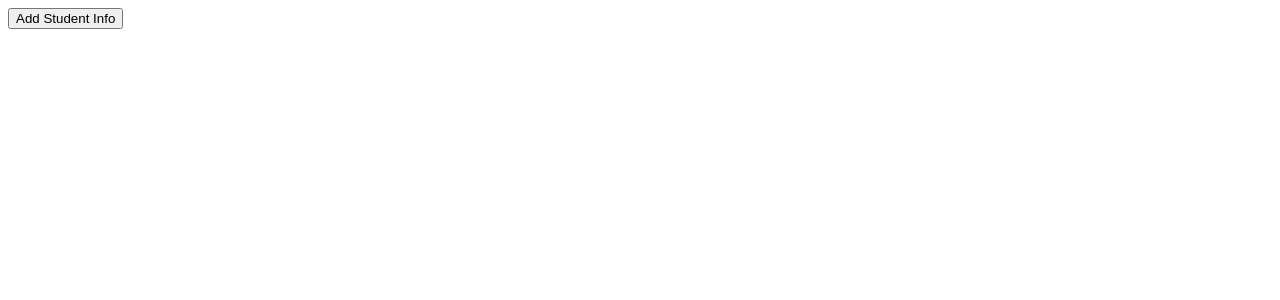
Repository: jks2127/SMS-webApp
Page: sms 1.2/WebContent/Options.html
An editor plug-in stored every save of this project. The page is shown before and after the next save, followed by the edit.
The browser window is 1280 px wide. The pictures show the whole page.

Above is the page before, as saved 2021-06-12 10:45:24.

### sms 1.2/WebContent/Options.html
<!DOCTYPE html>
<html>
<head>
<meta charset="ISO-8859-1">
<title>Insert title here</title>
</head>
<body>
	<form action="">
		<table>
			<tr><button>Add Student Info</button> </tr>

		</table>
	</form>
</body>
</html>

After the next save:
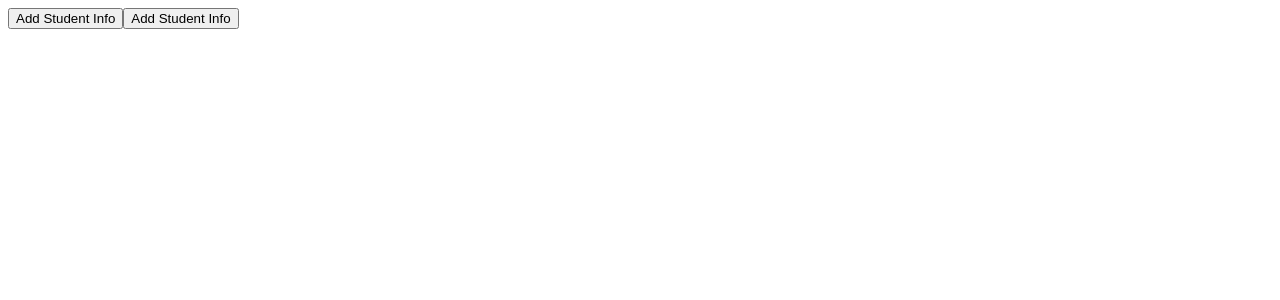
Saved 8 s later.
--- a/sms 1.2/WebContent/Options.html
+++ b/sms 1.2/WebContent/Options.html
@@ -8,6 +8,7 @@
 	<form action="">
 		<table>
 			<tr><button>Add Student Info</button> </tr>
+						<tr><button>Add Student Info</button> </tr>
 
 		</table>
 	</form>
